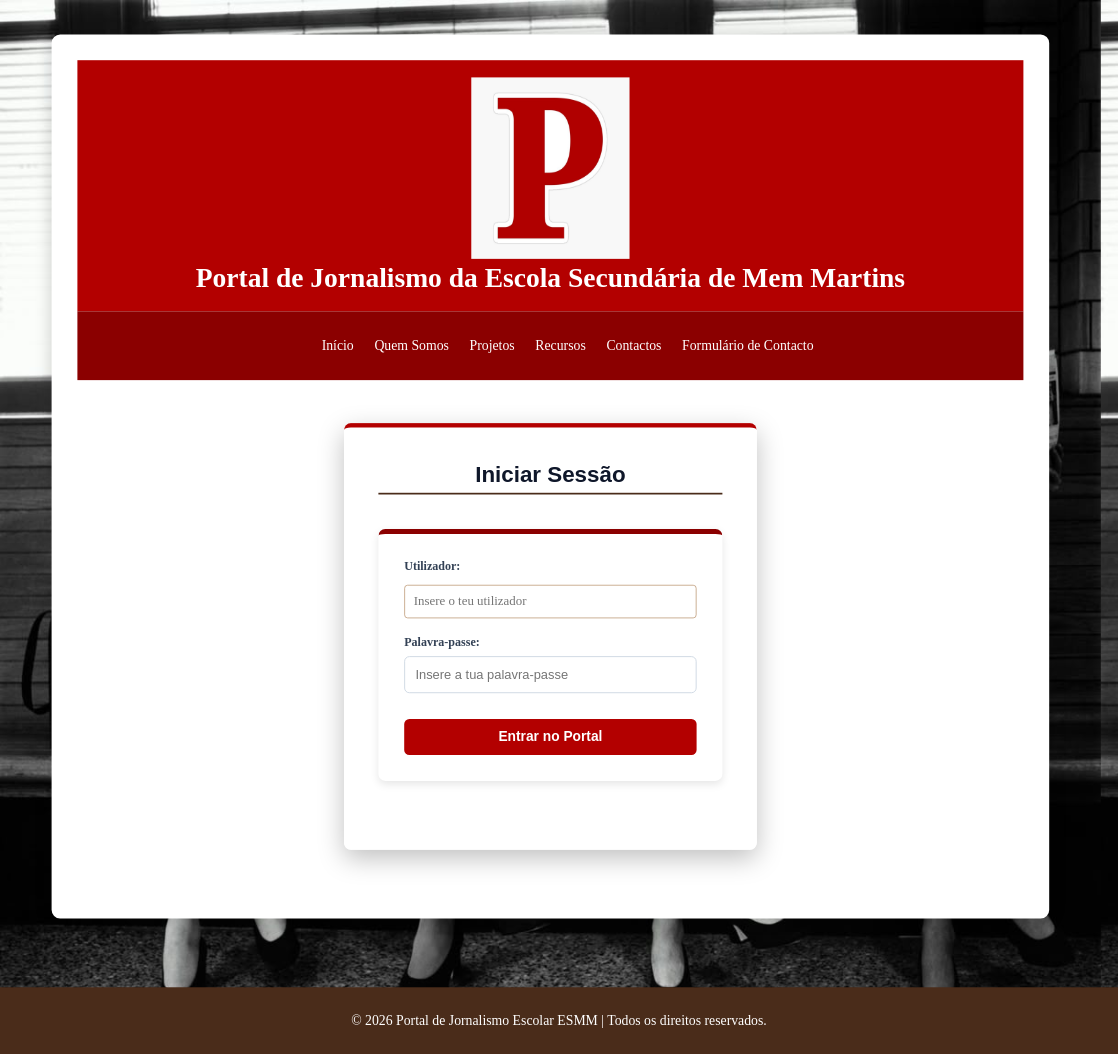
Repository: Sofiampsantos/Portal-de-Jornalismo-Escolar
Page: http://localhost/FormularioContacto/login.jsp
These files come from the project's save history. The page is drawn as it stood at one moment and after the next save; the edit follows.
The browser window is 1280 px wide. The page is 1300 px wide, so the pictures cover 1300 px, including what lies to the right of the window. The pictures show the whole page, at 86% of full size.
Backgrounds fixed to the window are drawn as part of the page. Some web fonts or font styles are not loaded; a fallback is used. The page is served by Tomcat 10. Other server files are loaded and not shown.

Above is the page before, as saved 2026-05-24 15:57:21.

### ProjetoProgV2/FormularioContacto/src/main/webapp/login.jsp
<%@ page language="java" contentType="text/html; charset=UTF-8" pageEncoding="UTF-8"%>
<!DOCTYPE html>
<html>
<head>
<meta charset="UTF-8">
<title>Portal de Jornalismo Escolar - ESMM - Login</title>
<link rel="stylesheet" type="text/css" href="styles/estilo.css">
<style>
    /* Estilos adicionais para garantir que o "card" fica lindo e centralizado */
    .login-box {
        max-width: 400px;
        margin: 50px auto;
        padding: 40px;
        background-color: rgba(255, 255, 255, 0.96); /* Fundo branco com ligeira opacidade */
        border-radius: 8px;
        box-shadow: 0 10px 30px rgba(0, 0, 0, 0.25);
        border-top: 5px solid #b30000; /* Linha de destaque vermelha */
        text-align: left;
    }

    .login-box h2 {
        text-align: center;
        color: #0f172a;
        margin-top: 0;
        margin-bottom: 25px;
        font-family: 'League Spartan', Arial, sans-serif;
        font-size: 26px;
    }

    .form-group {
        margin-bottom: 20px;
    }

    .form-group label {
        display: block;
        margin-bottom: 8px;
        color: #334155;
        font-weight: bold;
        font-size: 14px;
    }

    .form-group input {
        width: 100%;
        padding: 12px;
        border: 1px solid #cbd5e1;
        border-radius: 6px;
        font-size: 15px;
        box-sizing: border-box;
        transition: all 0.3s ease;
    }

    .form-group input:focus {
        border-color: #b30000;
        outline: none;
        box-shadow: 0 0 0 3px rgba(179, 0, 0, 0.15);
    }

    .btn-login {
        width: 100%;
        background-color: #b30000;
        color: white;
        padding: 12px;
        border: none;
        border-radius: 6px;
        font-size: 16px;
        font-weight: bold;
        cursor: pointer;
        transition: background-color 0.3s ease, transform 0.1s ease;
        margin-top: 10px;
    }

    .btn-login:hover {
        background-color: #8b0000;
    }

    .btn-login:active {
        transform: scale(0.98);
    }

    .error-msg {
        color: #d32f2f;
        background-color: #ffebee;
        padding: 10px;
        border-radius: 4px;
        text-align: center;
        font-weight: bold;
        margin-top: 20px;
        border: 1px solid #ffcdd2;
        font-size: 13px;
    }
</style>
</head>

<body style="background-image: url('img/jornmulheres.jpg'); background-size: cover; background-repeat: no-repeat; background-attachment: fixed; background-position: center;">

  <div class="container">

    <header id="topo">
        <img alt="Fotografia do Portal de Jornalismo Escolar"
             src="img/logoP.jpg" style="width: 184px; height: 211px;">
        <h1>Portal de Jornalismo da Escola Secundária de Mem Martins</h1>
    </header>

<nav id="navegacao">
    <ul>
        <li><a href="index.html">Início</a></li>
        <li><a href="quem_somos.html">Quem Somos</a></li>
        <li><a href="projetos.html">Projetos</a></li>
        <li><a href="recursos.html">Recursos</a></li>
        <li><a href="contactos.html">Contactos</a></li>
        <li><a href="contato.jsp">Formulário de Contacto</a></li>
    </ul>
</nav>

    <div class="login-box">
        <h2>Iniciar Sessão</h2>

        <form action="LoginServlet" method="post">
            <div class="form-group">
                <label>Utilizador:</label>
                <input type="text" name="utilizador" placeholder="Insere o teu utilizador" required>
            </div>

            <div class="form-group">
                <label>Palavra-passe:</label>
                <input type="password" name="password" placeholder="Insere a tua palavra-passe" required>
            </div>

            <button type="submit" class="btn-login">Entrar no Portal</button>
        </form>

        <% if(request.getAttribute("erro") != null) { %>
            <div class="error-msg">
                ⚠️ <%= request.getAttribute("erro") %>
            </div>
        <% } %>
    </div>

  </div>

  <footer id="rodape">
      <p>&copy; 2026 Portal de Jornalismo Escolar ESMM | Todos os direitos reservados.</p>
  </footer>

</body>
</html>

### ProjetoProgV2/FormularioContacto/src/main/webapp/styles/estilo.css
@charset "UTF-8";
@import url('https://fonts.googleapis.com/css2?family=League+Spartan:wght@400;600;700&display=swap');


/*ESTStyle GERAL*/

body {
    margin: 0;
    padding: 0;
    font-family: "Times New Roman", Times, serif;
    background-image: url("../img/jornmulheres.jpg");
    background-size: cover;
    background-position: center;
    background-repeat: no-repeat;
}



/*CONTAINER PRINCIPAL*/

.container {
    max-width: 1100px;
    margin: 40px auto;
    background-color: white;
    padding: 30px;
    border-radius: 10px;
    box-shadow: 0 0 20px rgba(0,0,0,0.2);
    animation: aparecer 0.8s ease-in-out;
}

#container {
    width: 100%;
    margin: 0 auto;
}


/*CABEÇALHO*/

#topo {
    background-color: #b30000;
    color: #ffffff;
    padding: 20px;
    text-align: center;
}

#topo h1 {
    margin: 0;
}

#topo p {
    margin-top: 5px;
}


/*NAVEGAÇÃO*/

nav {
    display: flex;
    justify-content: space-around;
    background-color: #8B0000;
    padding: 15px 0;
}

nav a {
    color: white;
    text-decoration: none;
    padding: 10px;
}

/* Links com linha animada */
.menu a {
    position: relative;
}

.menu a::after {
    content: "";
    position: absolute;
    width: 0%;
    height: 2px;
    bottom: -5px;
    left: 0;
    background-color: #ffffff;
    transition: width 0.3s ease;
}

.menu a:hover::after {
    width: 100%;
}

nav ul li {
    display: inline;
}


/*CONTEÚDO*/

#conteudo {
    padding: 30px;
}

section {
    animation: aparecer 2s ease-in;
}


/*TÍTULOS*/

h2 {
    color: #b30000;
    border-bottom: 2px solid #4a2c1a;
    padding-bottom: 5px;
    font-family: 'League Spartan', Arial, sans-serif;
}


/*TEXTO*/

p {
    line-height: 1.6;
}


/*LINKS*/

a {
    color: #b30000;
    text-decoration: none;
}

a:hover {
    text-decoration: underline;
}


/*IMAGENS*/

img {
    width: 300px;
    height: auto;
    gap: 10px;
}


/*ARTIGOS / CARDS*/

article {
    background: #ecf0f1;
    padding: 15px;
    transition: transform 0.3s;
}

article:hover {
    transform: scale(1.05);
}

.card {
    transition: transform 0.3s ease, box-shadow 0.3s ease;
}

.card:hover {
    transform: translateY(-5px);
    box-shadow: 0 6px 15px rgba(0,0,0,0.2);
}


/*TABELA RECURSOS*/

table {
    width: 90%;
    margin: 20px auto;
    border-collapse: collapse;
    background-color: #ffffff;
}

th {
    background-color: #b30000;
    color: #ffffff;
    padding: 10px;
    border: 1px solid #4a2c1a;
}

td {
    padding: 10px;
    border: 1px solid #4a2c1a;
    text-align: center;
}


/*TABELA QUEM SOMOS*/

.tabela-quem_somos {
    width: 60%;
    margin: 40px auto;
    border-collapse: collapse;
    background-color: white;
    box-shadow: 0 4px 10px rgba(0,0,0,0.2);
}

.tabela-quem_somos th {
    background-color: #8B0000;
    color: white;
    padding: 12px;
    font-size: 18px;
}

.tabela-quem_somos td {
    padding: 12px;
    border: 1px solid #a67c52;
    text-align: center;
}

.tabela-quem_somos tr:nth-child(even) {
    background-color: #f5f5f5;
}

.tabela-quem_somos tr:hover {
    background-color: #a67c52;
    color: white;
    transition: 0.3s;
}


/*FORMULÁRIO*/

form {
    max-width: 600px;
    margin: 40px auto;
    background-color: #ffffff;
    padding: 30px;
    border-radius: 8px;
    border-top: 6px solid #8B0000;
    box-shadow: 0 4px 10px rgba(0, 0, 0, 0.1);
    font-family: "Times New Roman", serif;
}

form h2 {
    font-family: 'League Spartan', sans-serif;
    color: #8B0000;
    margin-bottom: 10px;
}

form p {
    color: #5a3e2b;
    margin-bottom: 20px;
}

form label {
    font-weight: bold;
    color: #5a3e2b;
}

form input[type="text"],
form input[type="email"],
form select,
form textarea {
    width: 100%;
    padding: 10px;
    margin-top: 5px;
    border: 1px solid #c4a484;
    border-radius: 4px;
    font-family: "Times New Roman", serif;
}

form textarea {
    resize: vertical;
}

form input[type="checkbox"] {
    margin-right: 8px;
}

form input[type="submit"] {
    background-color: #8B0000;
    color: #ffffff;
    border: none;
    padding: 12px 20px;
    font-size: 16px;
    border-radius: 4px;
    cursor: pointer;
    font-family: 'League Spartan', sans-serif;
    transition: all 0.3s ease;
}

form input[type="submit"]:hover {
    background-color: #5a0000;
    transform: translateY(-3px);
    box-shadow: 0 5px 15px rgba(0,0,0,0.2);
}


/*CONTACTOS*/

.contactos-container {
    display: flex;
    justify-content: center;
    gap: 30px;
    flex-wrap: wrap;
    margin: 50px auto;
    width: 80%;
}

.card-contacto {
    background-color: white;
    border-left: 8px solid #8B0000;
    padding: 25px;
    width: 220px;
    box-shadow: 0 5px 15px rgba(0,0,0,0.2);
    transition: transform 0.3s ease;
}

.card-contacto h3 {
    color: #8B0000;
    margin-bottom: 10px;
}

.card-contacto p {
    color: #5a3e2b;
    font-family: "Times New Roman", serif;
}

.card-contacto:hover {
    transform: translateY(-8px);
}


/*RODAPÉ*/

#rodape {
    background-color: #4a2c1a;
    color: #ffffff;
    text-align: center;
    padding: 10px;
    margin-top: 40px;
    display: inline-block;
    min-width: 100%;
}


/*ANIMAÇÕES*/

@keyframes aparecer {
    from {
        opacity: 0;
        transform: translateY(20px);
    }
    to {
        opacity: 1;
        transform: translateY(0);
    }
}


.botao, button {
    transition: all 0.3s ease;
}

.botao:hover, button:hover {
    transform: translateY(-3px);
    box-shadow: 0 5px 15px rgba(0,0,0,0.2);
}

th a,
th a:link,
th a:visited,
th a:active {
    color: #ffffff !important;
    text-decoration: none !important;
}

th a:hover {
    text-decoration: underline !important;
    color: #ffffff !important;
}

.container form[action*="ListarContatosServlet"],
#conteudo form[action*="ListarContatosServlet"] {
    border-top: none !important;
    box-shadow: none !important;
    margin: 10px auto;
    padding: 10px 0;
    max-width: 100%;
}

After the next save:
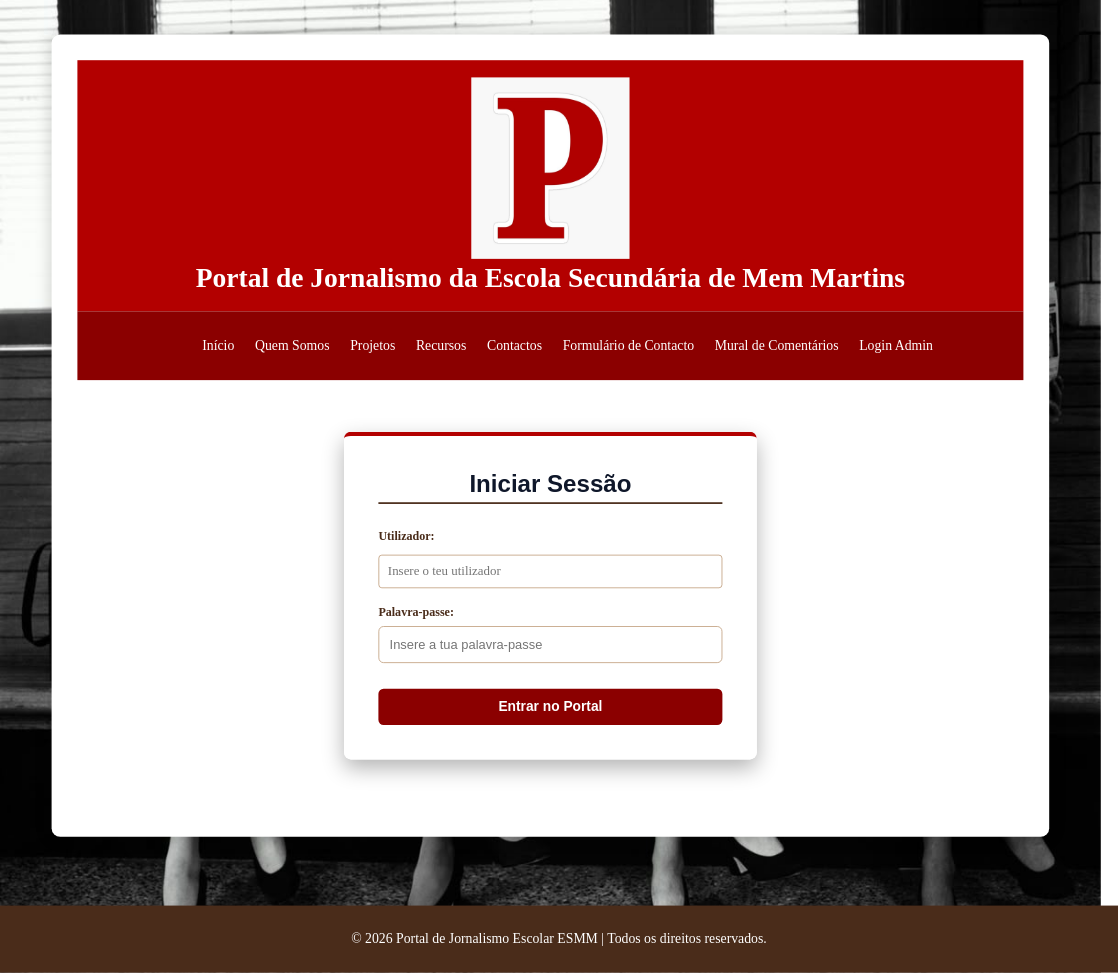
Saved 38 s later.
--- a/ProjetoProgV2/FormularioContacto/src/main/webapp/login.jsp
+++ b/ProjetoProgV2/FormularioContacto/src/main/webapp/login.jsp
@@ -6,15 +6,15 @@
 <title>Portal de Jornalismo Escolar - ESMM - Login</title>
 <link rel="stylesheet" type="text/css" href="styles/estilo.css">
 <style>
-    /* Estilos adicionais para garantir que o "card" fica lindo e centralizado */
+    /* Design do card centralizado e moderno integrado no teu estilo */
     .login-box {
         max-width: 400px;
-        margin: 50px auto;
+        margin: 60px auto;
         padding: 40px;
-        background-color: rgba(255, 255, 255, 0.96); /* Fundo branco com ligeira opacidade */
+        background-color: rgba(255, 255, 255, 0.95);
         border-radius: 8px;
-        box-shadow: 0 10px 30px rgba(0, 0, 0, 0.25);
-        border-top: 5px solid #b30000; /* Linha de destaque vermelha */
+        box-shadow: 0 10px 25px rgba(0, 0, 0, 0.3);
+        border-top: 5px solid #b30000;
         text-align: left;
     }
 
@@ -22,9 +22,9 @@
         text-align: center;
         color: #0f172a;
         margin-top: 0;
-        margin-bottom: 25px;
+        margin-bottom: 30px;
         font-family: 'League Spartan', Arial, sans-serif;
-        font-size: 26px;
+        font-size: 28px;
     }
 
     .form-group {
@@ -34,7 +34,7 @@
     .form-group label {
         display: block;
         margin-bottom: 8px;
-        color: #334155;
+        color: #4a2c1a;
         font-weight: bold;
         font-size: 14px;
     }
@@ -42,7 +42,7 @@
     .form-group input {
         width: 100%;
         padding: 12px;
-        border: 1px solid #cbd5e1;
+        border: 1px solid #c4a484;
         border-radius: 6px;
         font-size: 15px;
         box-sizing: border-box;
@@ -52,12 +52,12 @@
     .form-group input:focus {
         border-color: #b30000;
         outline: none;
-        box-shadow: 0 0 0 3px rgba(179, 0, 0, 0.15);
+        box-shadow: 0 0 0 3px rgba(179, 0, 0, 0.1);
     }
 
     .btn-login {
         width: 100%;
-        background-color: #b30000;
+        background-color: #8B0000;
         color: white;
         padding: 12px;
         border: none;
@@ -67,14 +67,12 @@
         cursor: pointer;
         transition: background-color 0.3s ease, transform 0.1s ease;
         margin-top: 10px;
+        font-family: 'League Spartan', sans-serif;
     }
 
     .btn-login:hover {
-        background-color: #8b0000;
-    }
-
-    .btn-login:active {
-        transform: scale(0.98);
+        background-color: #5a0000;
+        transform: translateY(-2px);
     }
 
     .error-msg {
@@ -86,12 +84,12 @@
         font-weight: bold;
         margin-top: 20px;
         border: 1px solid #ffcdd2;
-        font-size: 13px;
+        font-size: 14px;
     }
 </style>
 </head>
 
-<body style="background-image: url('img/jornmulheres.jpg'); background-size: cover; background-repeat: no-repeat; background-attachment: fixed; background-position: center;">
+<body>
 
   <div class="container">
 
@@ -101,21 +99,23 @@
         <h1>Portal de Jornalismo da Escola Secundária de Mem Martins</h1>
     </header>
 
-<nav id="navegacao">
-    <ul>
-        <li><a href="index.html">Início</a></li>
-        <li><a href="quem_somos.html">Quem Somos</a></li>
-        <li><a href="projetos.html">Projetos</a></li>
-        <li><a href="recursos.html">Recursos</a></li>
-        <li><a href="contactos.html">Contactos</a></li>
-        <li><a href="contato.jsp">Formulário de Contacto</a></li>
-    </ul>
-</nav>
+    <nav id="navegacao">
+        <ul>
+            <li><a href="index.html">Início</a></li>
+            <li><a href="quem_somos.html">Quem Somos</a></li>
+            <li><a href="projetos.html">Projetos</a></li>
+            <li><a href="recursos.html">Recursos</a></li>
+            <li><a href="contactos.html">Contactos</a></li>
+            <li><a href="formulario.html">Formulário de Contacto</a></li>
+            <li><a href="ListarComentariosServlet">Mural de Comentários</a></li>
+            <li><a href="login.jsp">Login Admin</a></li>
+        </ul>
+    </nav>
 
     <div class="login-box">
         <h2>Iniciar Sessão</h2>
 
-        <form action="LoginServlet" method="post">
+        <form action="LoginServlet" method="post" style="border-top: none; box-shadow: none; padding: 0; margin: 0;">
             <div class="form-group">
                 <label>Utilizador:</label>
                 <input type="text" name="utilizador" placeholder="Insere o teu utilizador" required>
